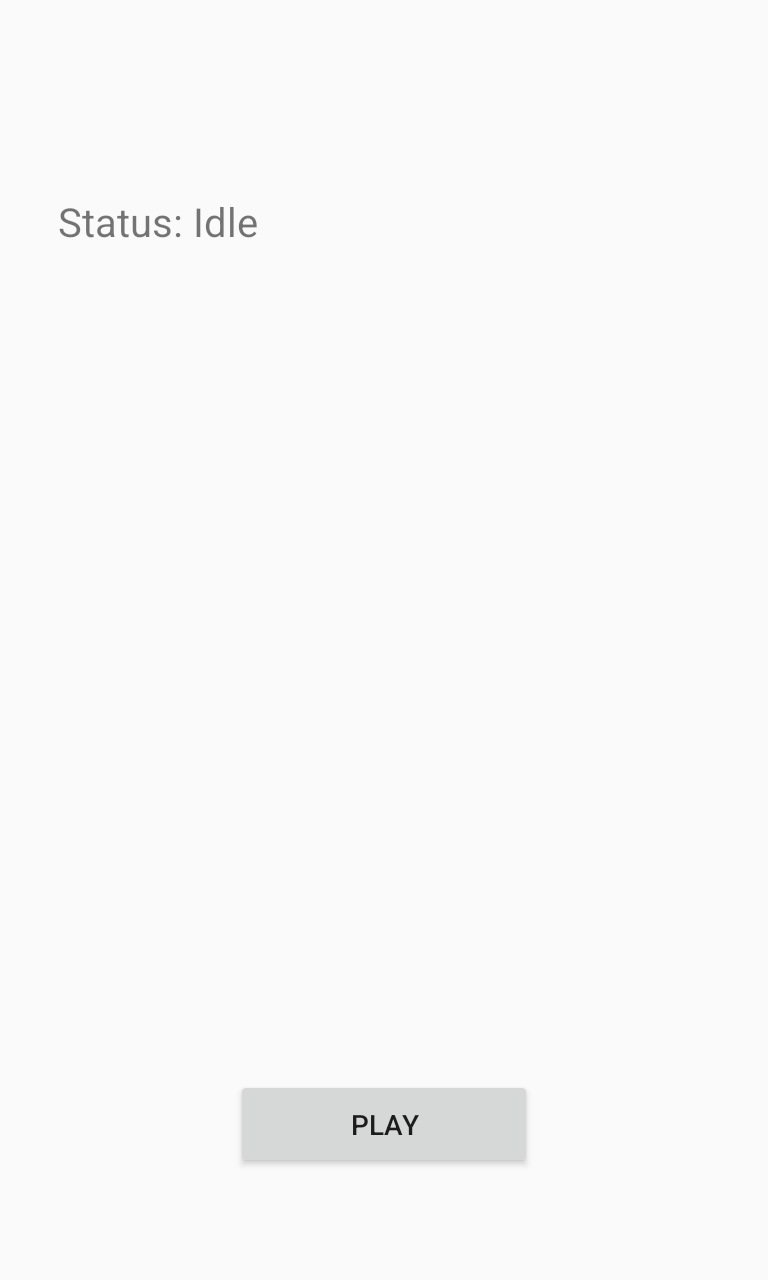
Repository: AlvaroCortez/Assigment2
Layout: AudioPlayer/res/layout/media_player_layout.xml
An editor plug-in stored every save of this project. The layout is shown before and after the next save, followed by the edit.
It is drawn on a 768 x 1280 px phone screen (xhdpi) without system bars, with theme AppTheme; the app's code is not run.

Above is the layout before, as saved 2014-06-03 11:32:47.

After the next save:
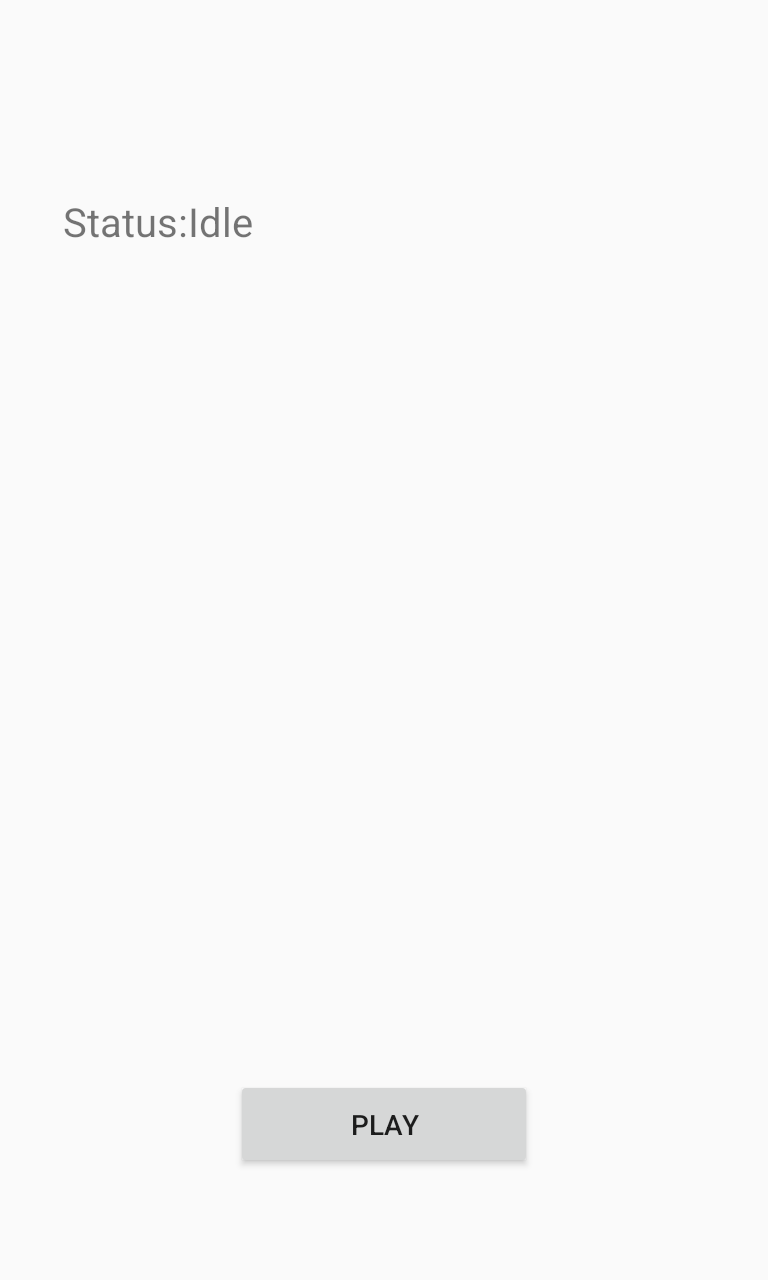
Saved 32 s later.
--- a/AudioPlayer/res/values/strings.xml
+++ b/AudioPlayer/res/values/strings.xml
@@ -5,6 +5,6 @@
     <string name="hello_world">Hello world!</string>
     <string name="action_settings">Settings</string>
     <string name="button_text">Play</string>
-    <string name="textView_text">Status: Idle</string>
+    <string name="textView_text">Status:Idle</string>
 
 </resources>
